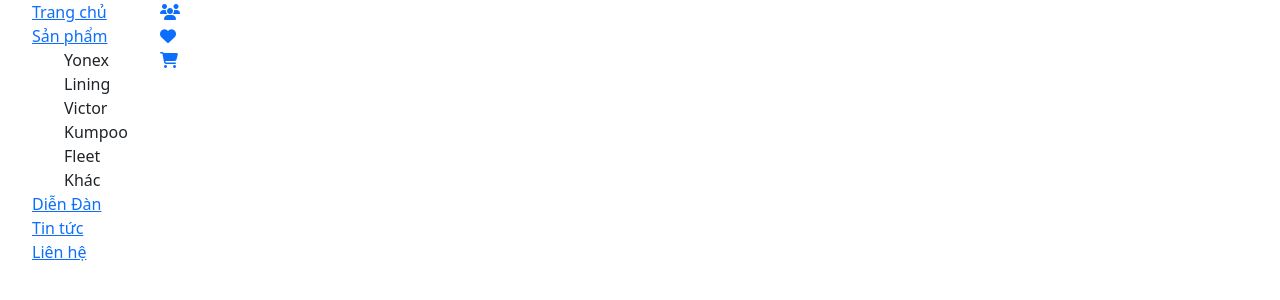
Repository: giacatdat2k5/Baitaplon
Page: da/test.html
The author's editor kept a copy of each file at every save. The page is drawn from the files as they stood at one save, then again after the next save.
The browser window is 1280 px wide. The pictures show the whole page.

Above is the page before, as saved 2023-11-07 22:11:39.

After the next save:
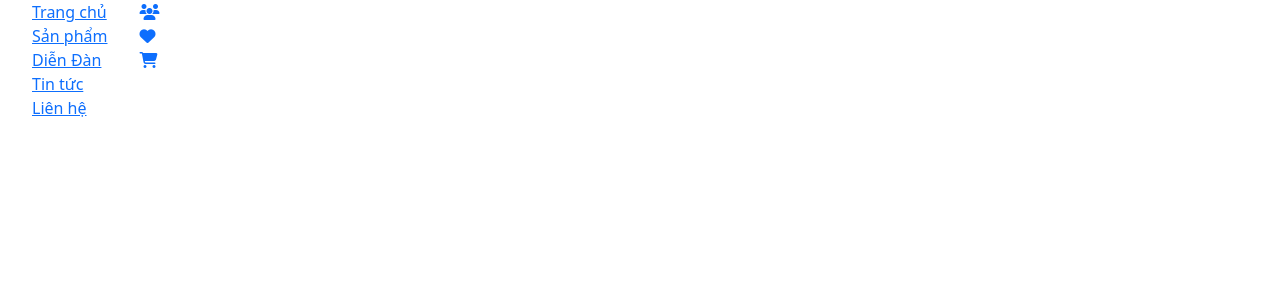
Saved 36 s later.
--- a/da/test.html
+++ b/da/test.html
@@ -16,14 +16,6 @@
             <li><a href="#">Trang chủ</a></li>
             <li class="menu_link">
                 <a href="#">Sản phẩm</a>
-                <ul class="menu_down">
-                    <li ><a href="#"></a>Yonex</li>
-                    <li ><a href="#"></a>Lining</li>
-                    <li ><a href="#"></a>Victor</li>
-                    <li ><a href="#"></a>Kumpoo</li>
-                    <li ><a href="#"></a>Fleet</li>
-                    <li ><a href="#"></a>Khác</li>
-                </ul>
             </li>
             <li><a href="#">Diễn Đàn</a></li>
             <li><a href="#">Tin tức</a></li>
